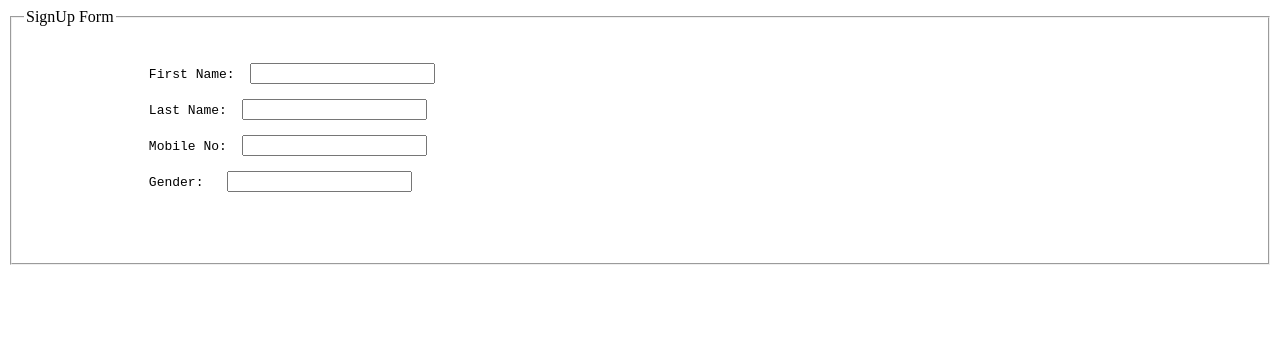
Repository: USChaurasiya/SpringCore
Page: http://localhost/SpringExample/
These files come from the project's save history. The page is drawn as it stood at one moment and after the next save; the edit follows.
The browser window is 1280 px wide. The pictures show the whole page.
The page is served by Tomcat 9.

Above is the page before, as saved 2017-02-14 07:35:00.

After the next save:
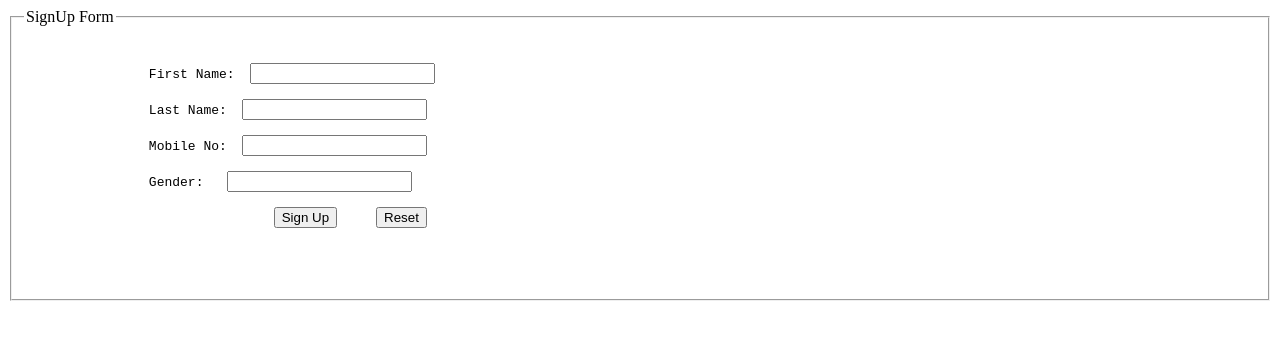
Saved 49 s later.
--- a/SpringExample/WebContent/Signup.jsp
+++ b/SpringExample/WebContent/Signup.jsp
@@ -21,6 +21,8 @@
 
                 <span>Gender: </span>  <input type="text" name="gender">
 
+				<input type="submit" value="Sign Up">     <input type="reset">
+
 			</pre>
 		     </fieldset>
 	</form>
